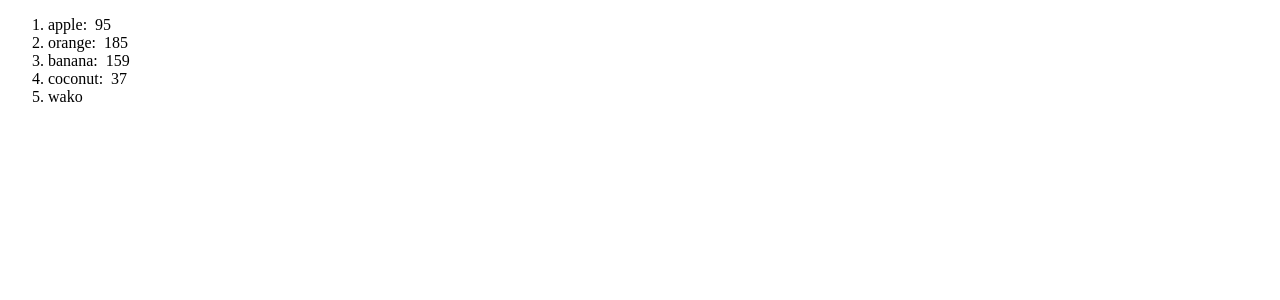
Repository: wakoya-tech/my-react-practice
Page: /
These files come from the project's save history. The page is drawn as it stood at one moment and after the next save; the edit follows.
The browser window is 1280 px wide. The pictures show the whole page.
The project was rebuilt for these pictures with package versions that can differ from the ones it lists, and the page was loaded fresh each time. Also part of the build but not shown: vite.config.js, src/index.css.

Above is the page before, as saved 2025-10-01 15:32:58.

### src/App.jsx
import List from './List.jsx';

const vibe = { name: "wako" };

function App() {
  return (
    <List name={vibe.name} />
  );
}

export default App;

### src/List.jsx
function List(props) {
    const fruits = [
      {id:1, name: "apple", calories: 95 },
      {id:2, name: "orange", calories: 185 },
      {id:3, name: "banana", calories: 159 },
      {id:4, name: "coconut", calories: 37 }
    ];

    const listItems = fruits.map(fruit =>
      <li key={fruit.id}>{fruit.name}: &nbsp;
      {fruit.calories}</li>
    );

    return (
      <ol>
        {listItems}
        <li>{props.name}</li>
      </ol>
    );
  }

  export default List;

Loaded but not shown: index.html (common file); src/main.jsx (common file)

After the next save:
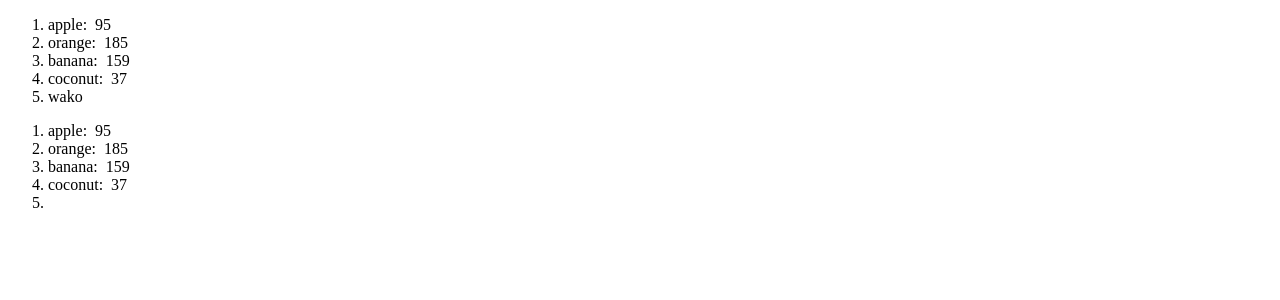
Saved 114 s later.
--- a/src/App.jsx
+++ b/src/App.jsx
@@ -1,10 +1,13 @@
 import List from './List.jsx';
 
-const vibe = { name: "wako" };
+const vibe = { name: "wako",calories:23};
 
 function App() {
-  return (
-    <List name={vibe.name} />
+  return (<>
+  <List name={vibe.name} />
+    <List calories={vibe.calories} />
+  </>
+
   );
 }
 

After the save that followed:
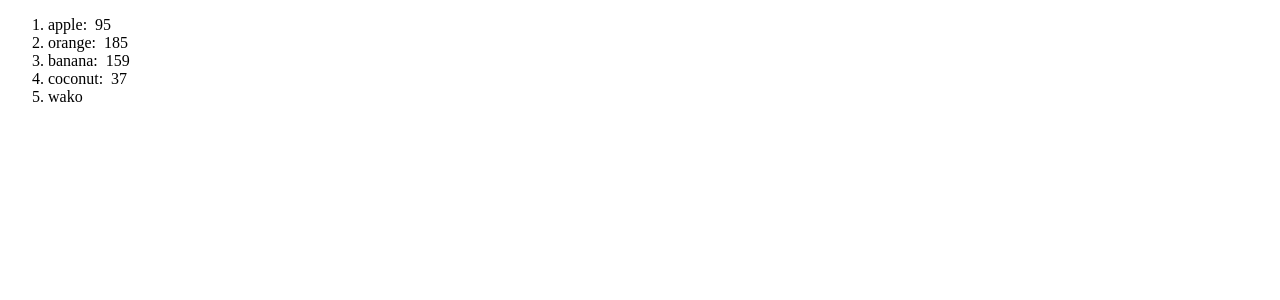
Saved 103 s later.
--- a/src/App.jsx
+++ b/src/App.jsx
@@ -4,8 +4,7 @@
 
 function App() {
   return (<>
-  <List name={vibe.name} />
-    <List calories={vibe.calories} />
+  <List name={vibe.name} calories={vibe.calories} />
   </>
 
   );
